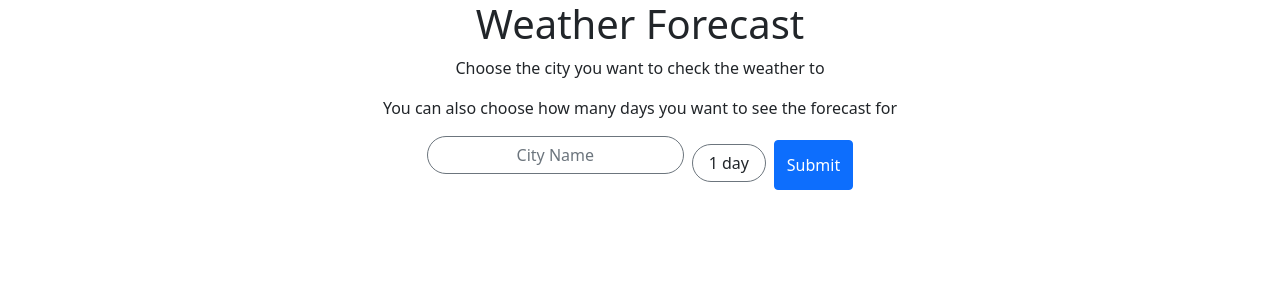
Repository: DimitrisDoxopoulos/my-own-weather-app
Page: /
The author's editor kept a copy of each file at every save. The page is drawn from the files as they stood at one save, then again after the next save.
The browser window is 1280 px wide. The pictures show the whole page.
The project was rebuilt for these pictures with package versions that can differ from the ones it lists, and the page was loaded fresh each time.

Above is the page before, as saved 2021-06-03 18:51:21.

### src/App.js
import './App.css';

/*--------------- Importing Components ------------------- */
import Wrapper from './components/Wrapper'
import Header from './components/Header'
import Tagline from './components/Tagline'
import Form from './components/Form'
/*--------------- Importing Components ------------------- */

function App() {
  return (
    <div className="App">
      <Wrapper>
        <Header />
        <Tagline />
        <Form />
      </Wrapper>
    </div>
  );
}

export default App;

### src/App.css
.App {
  /* text-align: center; */
}

.App-logo {
  height: 40vmin;
  pointer-events: none;
}

.App-header {
  background-color: #282c34;
  min-height: 100vh;
  display: flex;
  flex-direction: column;
  align-items: center;
  justify-content: center;
  font-size: calc(10px + 2vmin);
  color: white;
}

.App-link {
  color: #61dafb;
}

### src/components/Wrapper.js
import React from 'react';

const Wrapper = (props) => {
    return(
    <div className='d-flex flex-column justify-content-center align-items-center'>
        { props.children }
    </div>
    )
}

export default Wrapper;

### src/components/Header.js
import React from 'react'

const Header = () => {
    return (
        <div className="">
            <h1 className="">Weather Forecast</h1>
        </div>
    )
}

export default Header

### src/components/Tagline.js
import React from 'react'

const Tagline = () => {
    return (
        <div className="text-center">
            <p>Choose the city you want to check the weather to</p>
            <p>You can also choose how many days you want to see the forecast for</p>
        </div>
    )
}

export default Tagline

### src/components/Form.js
import React from 'react'

const Form = () => {
    return (
        <div>
            <form className="d-flex">
                <div className="form-group">
                    <input type="text" className="form-control border-secondary rounded-pill text-center" id="exampleFormControlInput1" placeholder="City Name" />
                </div>
                <div className="form-group d-flex p-2">
                    <select className="form-control border-secondary rounded-pill text-center" id="exampleFormControlSelect1" placeholder="How many days?">
                        <option value="1">1 day</option>
                        <option value="2">2 days</option>
                        <option value="3">3 days</option>
                        <option value="4">4 days</option>
                        <option value="5">5 days</option>
                    </select>
                </div>
                <input className="btn btn-primary mt-1" type="submit" value="Submit" />
            </form>
        </div>
    )
}

export default Form

Loaded but not shown: public/index.html (common file); src/index.js (common file); src/index.css (common file); src/reportWebVitals.js (common file)

After the next save:
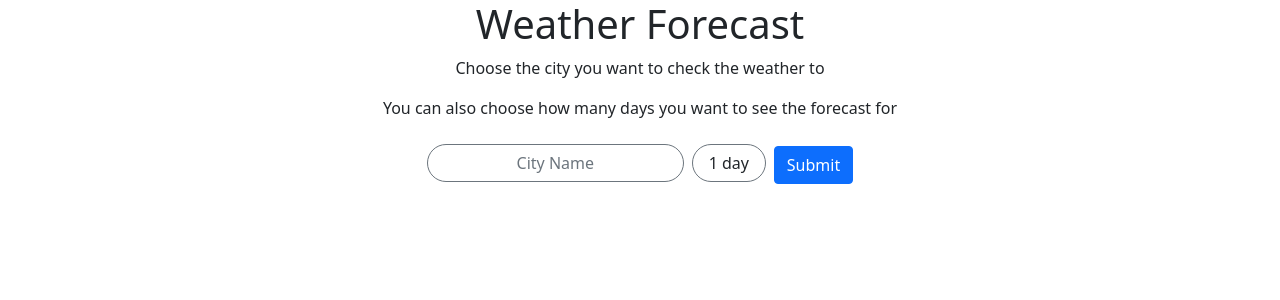
Saved 15 s later.
--- a/src/components/Form.js
+++ b/src/components/Form.js
@@ -3,7 +3,7 @@ import React from 'react'
 const Form = () => {
     return (
         <div>
-            <form className="d-flex">
+            <form className="d-flex align-items-center">
                 <div className="form-group">
                     <input type="text" className="form-control border-secondary rounded-pill text-center" id="exampleFormControlInput1" placeholder="City Name" />
                 </div>
